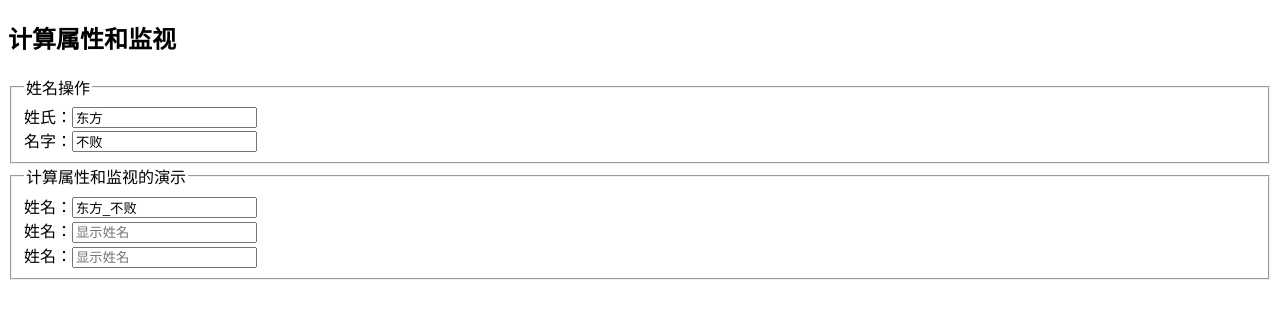
Repository: zhuhongxiang/Vue3.0-TSLeaning
Page: / (app in 04_Vue3/vue3_learning/)
An editor plug-in stored every save of this project. The page is shown before and after the next save, followed by the edit.
The browser window is 1280 px wide. The pictures show the whole page.
The project was rebuilt for these pictures with package versions that can differ from the ones it lists, and the page was loaded fresh each time.

Above is the page before, as saved 2021-07-26 11:08:55.

After the next save:
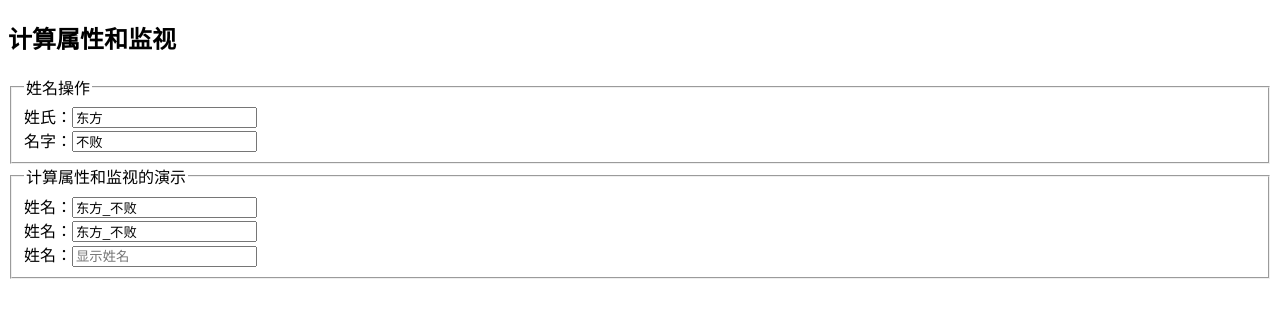
Saved 3 min 31 s later.
--- a/04_Vue3/vue3_learning/src/App.vue
+++ b/04_Vue3/vue3_learning/src/App.vue
@@ -12,7 +12,7 @@
   <fieldset>
     <legend>计算属性和监视的演示</legend>
     姓名：<input type="text" placeholder="显示姓名" v-model="fullName1" /><br />
-    姓名：<input type="text" placeholder="显示姓名" /><br />
+    姓名：<input type="text" placeholder="显示姓名" v-model="fullName2" /><br />
     姓名：<input type="text" placeholder="显示姓名" /><br />
   </fieldset>
 </template>
@@ -32,13 +32,27 @@ export default defineComponent({
     // 通过计算属性的方式，实现第一个姓名的显示
     // vue3中的计算属性
     // 如果计算属性的函数中只传入一个回调函数，表示的是get
+
+    // 第一个姓名
+    // 返回的是一个Ref类型的对象
     const fullName1 = computed(() => {
       return user.firstName + "_" + user.lastName;
     });
+    // 第二个姓名
+    const fullName2 = computed({
+      get() {
+        return user.firstName + "_" + user.lastName;
+      },
+      set(val) {
+        console.log("====", val);
+      },
+    });
+
     console.log(fullName1);
     return {
       user,
       fullName1,
+      fullName2,
     };
   },
 });
